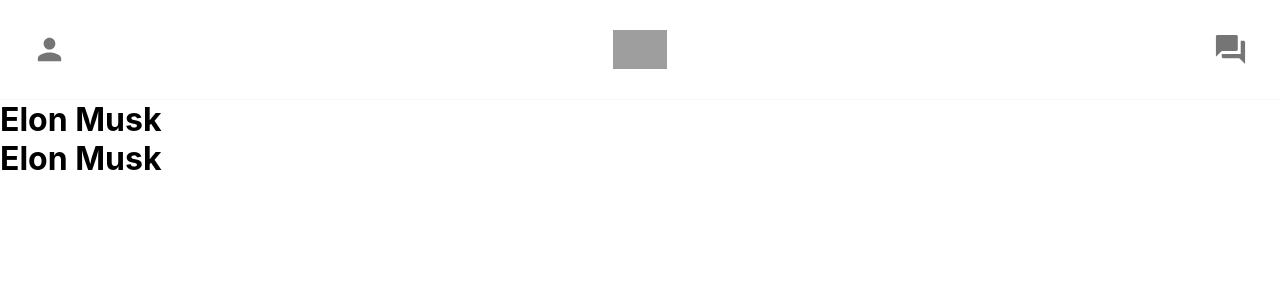
Repository: exiled-kal/TinderApp
Page: /
An editor plug-in stored every save of this project. The page is shown before and after the next save, followed by the edit.
The browser window is 1280 px wide. The pictures show the whole page.
Pictures or frames that could not be fetched are drawn as grey boxes. The project was rebuilt for these pictures with package versions that can differ from the ones it lists, and the page was loaded fresh each time. Also part of the build but not shown: src/App.css, src/TinderCards.css.

Above is the page before, as saved 2020-09-14 22:58:06.

### src/App.js
import React from 'react';
import './App.css';
import Header from './Header';
import TinderCards from './TinderCards';

function App() {
  return (
    <div className="app">
      {/* Header */}
      <Header />
      <TinderCards />
      {/* SwipeButtons */}
    </div>
  );
}

export default App;

### src/Header.js
import React from 'react';
import './Header.css';
import PersonIcon from '@material-ui/icons/Person';
import IconButton from '@material-ui/core/IconButton';
import ForumIcon from '@material-ui/icons/Forum';

function Header() {
  return (
    <div className="header">
      <IconButton>
        <PersonIcon fontSize="large" className="header__icon" />
      </IconButton>
      <img
        className="header__logo"
        src="https://1000logos.net/wp-content/uploads/2018/07/tinder-logo.png"
        alt=""
      />
      <IconButton>
          <ForumIcon fontSize="large" className="header__icon" />
      </IconButton>
    </div>
  );
}

export default Header;

### src/TinderCards.js
import React, {useState} from 'react';
import './TinderCards.css';

function TinderCards() {
  const [people, setPeople] = useState([
    {
      name: 'Elon Musk',
      url:
        'https://newsabc.net/wp-content/uploads/2020/08/Elon-Musk-today-proposes-brain-chip-that-can-give-you.jpg',
    },
    {
      name: 'Elon Musk',
      url:
        'https://newsabc.net/wp-content/uploads/2020/08/Elon-Musk-today-proposes-brain-chip-that-can-give-you.jpg',
    },
  ]);

  return (
    <div className="tinderCards">
      {people.map((person) => (
        <h1>{person.name}</h1>
      ))}
    </div>
  );
}

export default TinderCards;

### src/Header.css
.header {
  display: flex;
  align-items: center;
  justify-content: space-between;
  z-index: 100;
  border-bottom: 1px solid #f9f9f1;
}

.header__logo {
  object-fit: contain;
  height: 40px;
}

.header__icon {
  padding: 20px;

}

Loaded but not shown: public/index.html (common file); src/index.js (common file); src/index.css (common file); src/serviceWorker.js (common file)

After the next save:
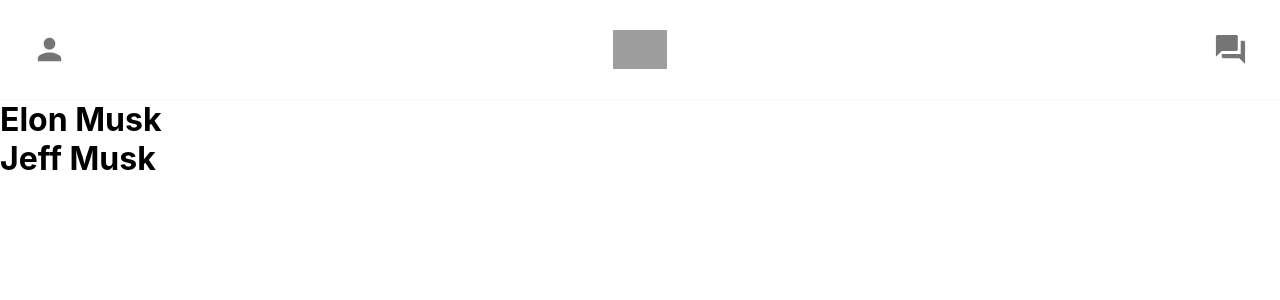
Saved 6 s later.
--- a/src/TinderCards.js
+++ b/src/TinderCards.js
@@ -9,7 +9,7 @@
         'https://newsabc.net/wp-content/uploads/2020/08/Elon-Musk-today-proposes-brain-chip-that-can-give-you.jpg',
     },
     {
-      name: 'Elon Musk',
+      name: 'Jeff  Musk',
       url:
         'https://newsabc.net/wp-content/uploads/2020/08/Elon-Musk-today-proposes-brain-chip-that-can-give-you.jpg',
     },
